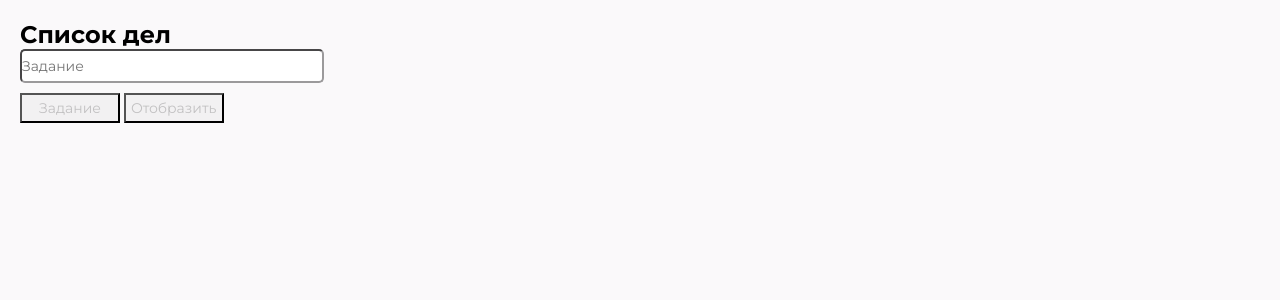
Repository: andbaik/it_unit9
Page: index.html
An editor plug-in stored every save of this project. The page is shown before and after the next save, followed by the edit.
The browser window is 1280 px wide. The pictures show the whole page.

Above is the page before, as saved 2021-04-06 22:03:40.

### index.html
<!DOCTYPE html>
<html lang="ru">
<head>
    <meta charset="UTF-8">
    <meta http-equiv="X-UA-Compatible" content="IE=edge">
    <meta name="viewport" content="width=device-width, initial-scale=1.0">
    <title>Список дел</title>
    <link rel="stylesheet" href="/css/style.css">
</head>
<body>

    <head>
        <h1>Список дел</h1>
    </head>
    <section>
        <input type="text" name="task" id="task" placeholder="Задание">
        <div class="btn-block">
        <button class="add-task btn">Задание</button>
        <button class="show-task btn">Отобразить</button>
        </div>
        <div class="result"></div>
    </section>
</body>
</html>

### css/style.css
@import url('https://fonts.googleapis.com/css2?family=Montserrat:wght@400;700&display=swap');

* {
    margin: 0;
    padding: 0;
    font-family: 'Montserrat', sans-serif;
    font-size: 14px;
}

body {
    margin: 20px;
    background-color: #FAF9FA;
}

h1 {
    font-size: 24px;
}

input {
    width: 300px;
    height: 30px;
    border-radius: 5px;
    border-color: #9B9A9B;
    color: #6B6A6B;
    outline: none;
}

section .btn-block{
    margin: 10px 0;
}

.btn {
    width: 100px;
    height: 30px;
    background-color: #F2F1F2;
    color: #C2C1C2;

}

/*
9B999B - border
F2F1F2 - btn bacground
6B696B - plasholder color text
C2C1C2 - btn text color

848384 - div color text
C2C1C2 border color div
*/

After the next save:
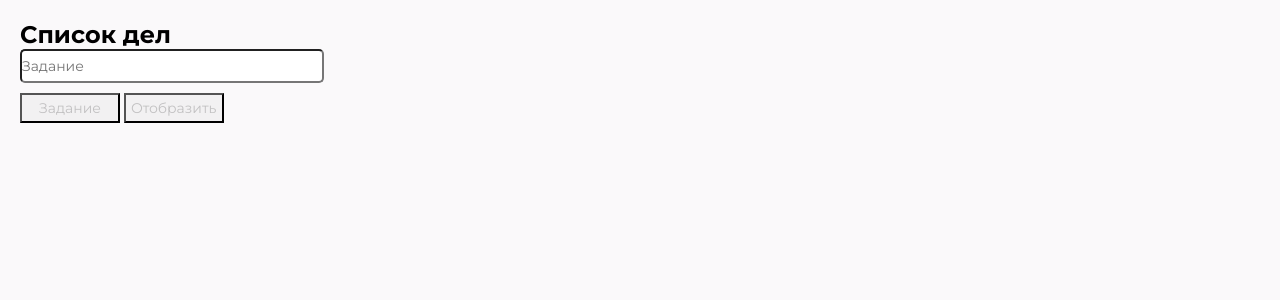
Saved 26 s later.
--- a/css/style.css
+++ b/css/style.css
@@ -20,6 +20,7 @@ input {
     width: 300px;
     height: 30px;
     border-radius: 5px;
+    border: 2px
     border-color: #9B9A9B;
     color: #6B6A6B;
     outline: none;
